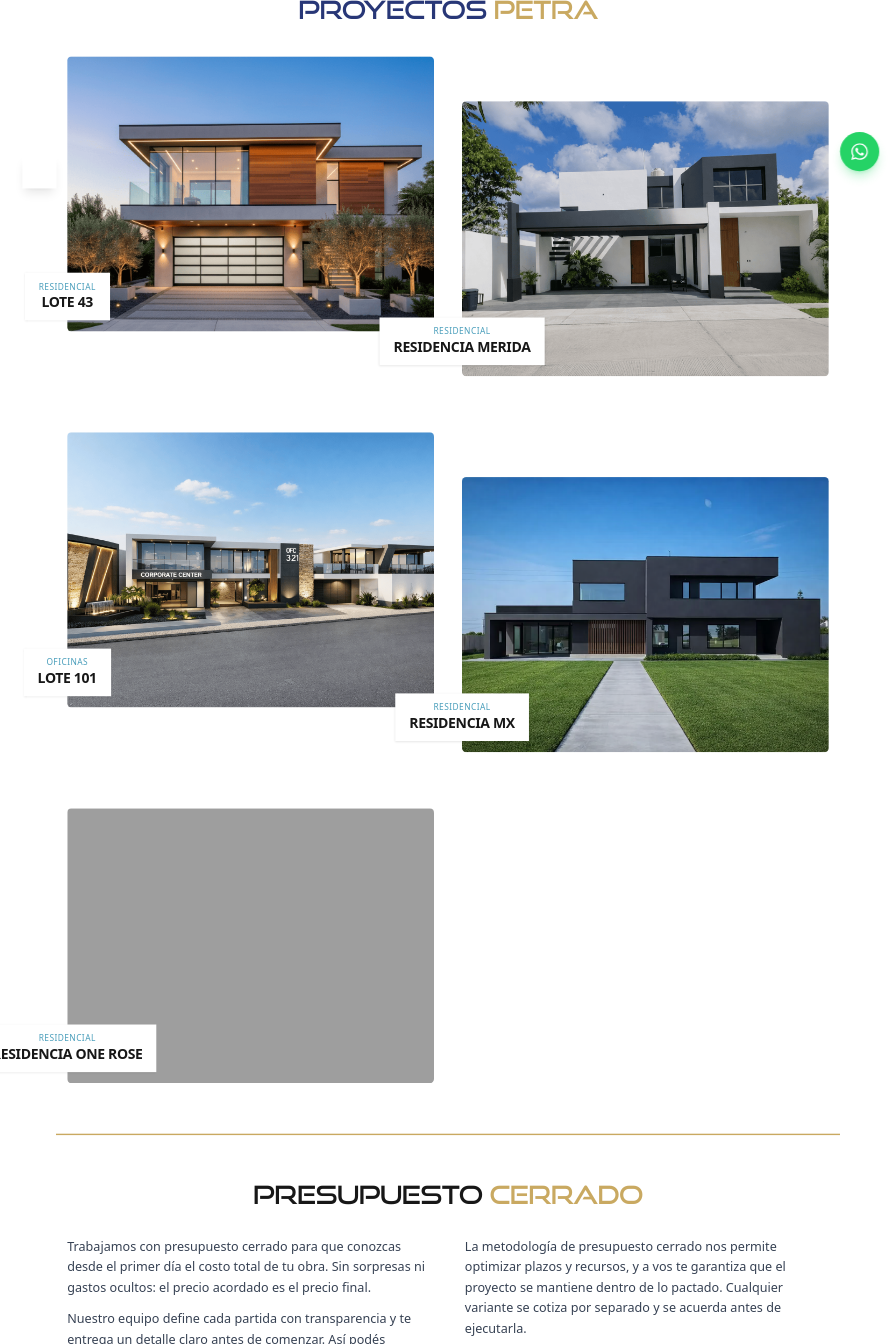
Repository: francoluca35/PetraConstrucciones
Page: /portfolio
An editor plug-in stored every save of this project. The page is shown before and after the next save, followed by the edit.
The browser window is 1280 px wide. The pictures show the part of the page from y = 452 to 2372 px (the page is 2963 px tall), at 70% of full size.
Pictures or frames that could not be fetched are drawn as grey boxes. The project was rebuilt for these pictures with package versions that can differ from the ones it lists, and the page was loaded fresh each time. The framework's server and built-in components were replaced by stand-ins that run in the browser. Also part of the build but not shown: next.config.mjs, vite.config.ts.

Above is the page before, as saved 2026-02-26 00:26:46.

After the next save:
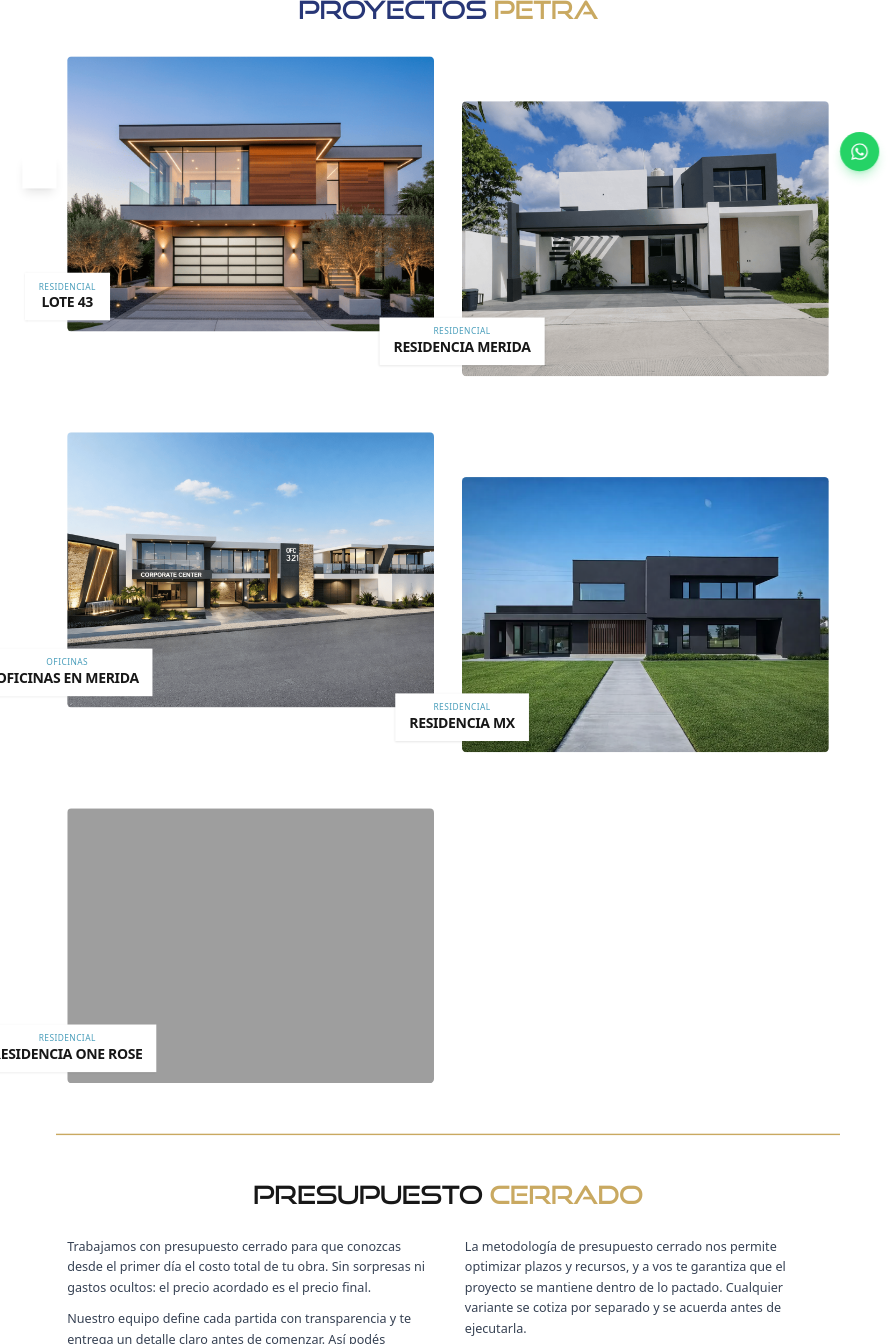
Saved 23 s later.
--- a/src/data/projects.ts
+++ b/src/data/projects.ts
@@ -49,7 +49,7 @@
   },
   {
     slug: 'lote-101',
-    label: 'LOTE 101',
+  label: 'OFICINAS EN MERIDA',
     image: '/Assets/Proyecto-2/casa-moderna-merida-1.png',
     gallery: [
       '/Assets/Proyecto-2/casa-moderna-merida-1.png',
